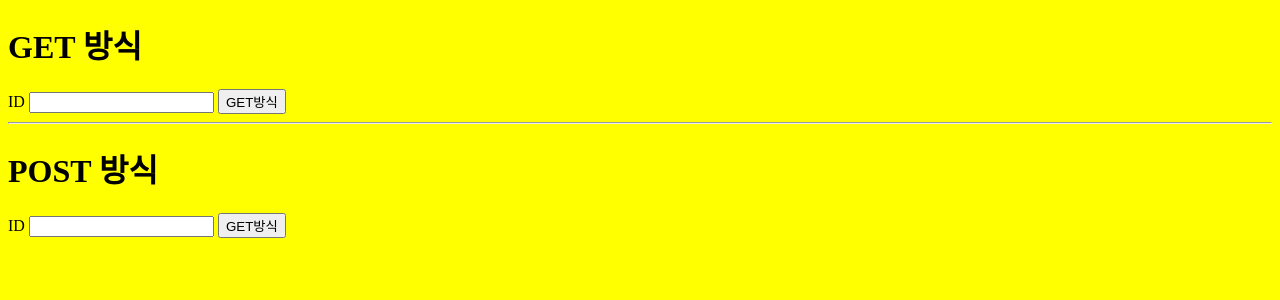
Repository: jim698/Practice
Page: http://localhost/ch11_requestmapping/
These files come from the project's save history. The page is drawn as it stood at one moment and after the next save; the edit follows.
The browser window is 1280 px wide. The pictures show the whole page.
The page is served by Tomcat 9.

Above is the page before, as saved 2020-03-30 03:47:05.

After the next save:
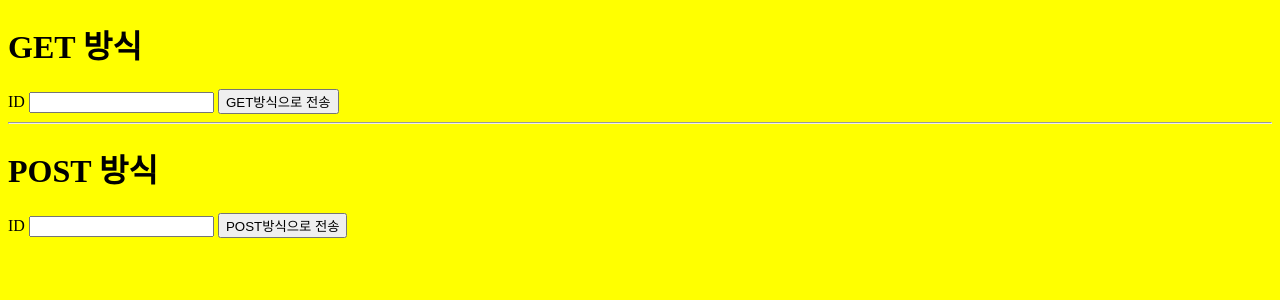
Saved 23 s later.
--- a/ch11_requestmapping/src/main/webapp/WEB-INF/views/main.jsp
+++ b/ch11_requestmapping/src/main/webapp/WEB-INF/views/main.jsp
@@ -13,13 +13,13 @@
 	<h1>GET 방식</h1>
 	<form action="${conPath }/student.do" method="get">
 		ID <input type="text" name="id">
-		<input type="submit" value="GET방식">
+		<input type="submit" value="GET방식으로 전송">
 	</form>
 	<hr>
 	<h1>POST 방식</h1>
 	<form action="${conPath }/student.do" method="post">
 		ID <input type="text" name="id">
-		<input type="submit" value="GET방식">
+		<input type="submit" value="POST방식으로 전송">
 	</form>
 </body>
 </html>
